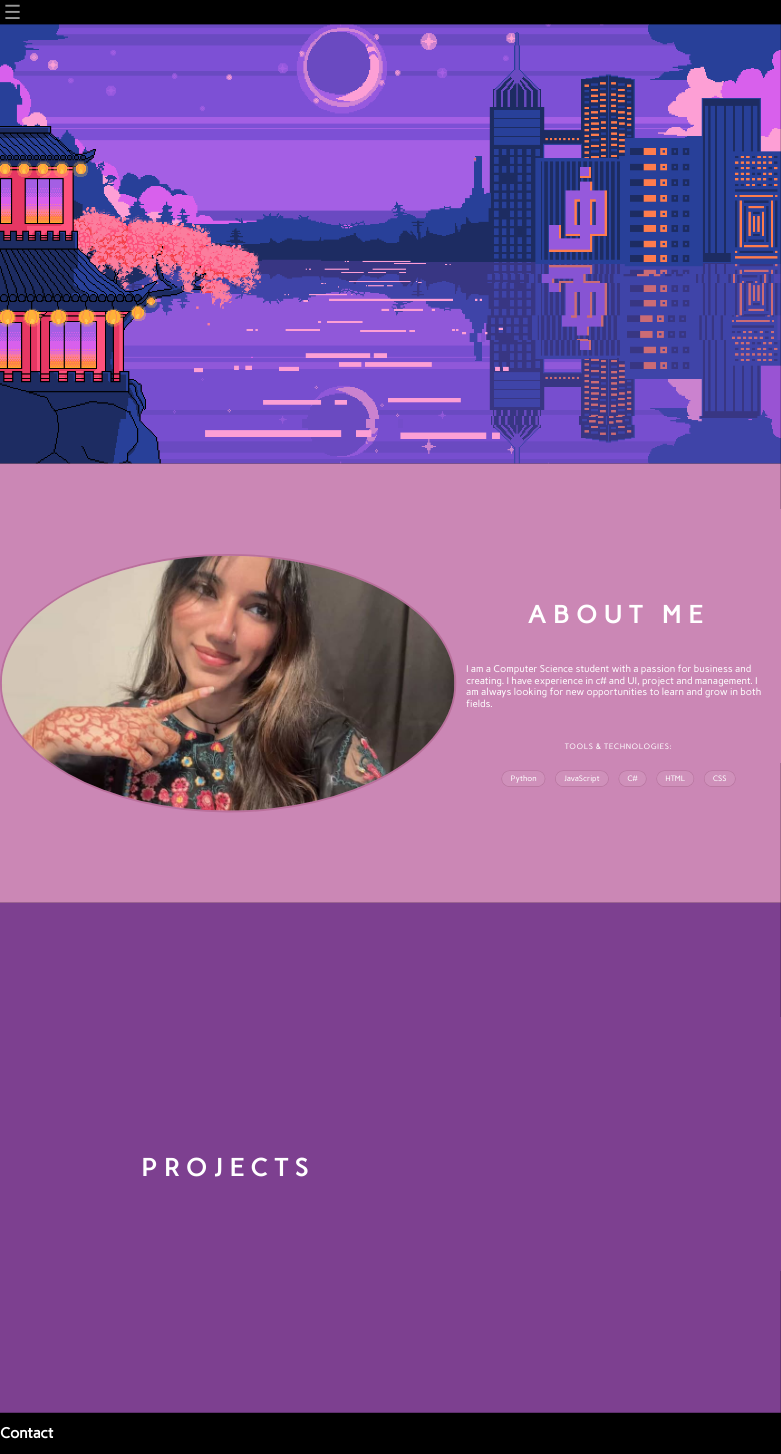
Repository: Rameen-A/Rameen-A
Page: index.html
The author's editor kept a copy of each file at every save. The page is drawn from the files as they stood at one save, then again after the next save.
The browser window is 1280 px wide. The pictures show the whole page, at 61% of full size.

Above is the page before, as saved 2026-05-05 14:34:44.

### index.html
<!DOCTYPE html>
<html lang="en">
  <head>
    <meta charset="UTF-8" />
    <meta name="viewport" content="width=device-width, initial-scale=1.0" />
    <title>My Portfolio Project</title>
    <link rel="stylesheet" href="styles/globals.css" />
    <link rel="stylesheet" href="styles/index.css" />
  </head>
  <body>
    <nav class="sidebar">
      <button class="menu-button">☰</button>
      <ul class="menu">
        <li><a href="#about">About me</a></li>
        <li><a href="#projects">View Projects</a></li>
        <li><a href="#contact">My Info </a></li>
      </ul>
    </nav>
    <!-- Hero Section -->
    <section class="hero">
      <article>
        <h1>Rameen Amir</h1>
        <h3>Computer Science student | Business Artist</h3>
        <a href="#projects">View Projects</a>
      </article>
    </section>
    <!-- About Me Section -->
    <section class="about" id="about">
      <img
        src="assets/images/686415663_1672869123865112_6993977710073232581_n.jpg"
        alt="Profile Picture"
      />
      <div class="about-content">
        <h2 class="aboutMe">About Me</h2>
        <p>
          I am a Computer Science student with a passion for business and
          creating. I have experience in c# and UI, project and management. I am
          always looking for new opportunities to learn and grow in both fields.
        </p>
        <p class="tools-labels">Tools & Technologies:</p>
        <ul class="tools-list">
          <li>Python</li>
          <li>JavaScript</li>
          <li>C#</li>
          <li>HTML</li>
          <li>CSS</li>
        </ul>
      </div>
    </section>
    <!-- Projects Section -->
    <section class="projects" id="projects">
      <h2>Projects</h2>
      <div class="cards">
        <article class="card">
          <h3>Pac-man game</h3>
          <p>
            A console PacMan style game built in C# for Programming 1. Features
            a live timer, score tracking, high score system, and a main menu
            rendered entirely in the terminal.
          </p>
          <p class="tech">C# · .NET · Console</p>
          <a href="" target="_blank">View Code</a>
        </article>
        <article class="card">
          <h3>Trash Sorting AI</h3>
          <p>
            A machine learning model trained on Teachable Machine to classify
            garbage into 4 categories: glass, plastic, paper, and metal.
            Integrated with a p5.js web app that sends predictions to a
            Raspberry Pi Pico via serial, lighting up different LEDs based on
            the result.
          </p>
          <p class="tech">
            Teachable Machine · p5.js · Arduino · Raspberry Pi Pico
          </p>
          <a href="" target="_blank">View Project</a>
        </article>
      </div>
    </section>
    <!-- Contact Section -->
    <section class="contact">
      <h2 id="contact">Contact</h2>
    </section>
  </body>
  <script>
    const button = document.querySelector(".menu-button");
    const menu = document.querySelector(".menu");
    const links = document.querySelectorAll(".menu a");

    button.addEventListener("click", () => {
      menu.classList.toggle("show");
    });

    links.forEach((link) => {
      link.addEventListener("click", () => {
        menu.classList.remove("show");
      });
    });
  </script>
</html>

### styles/globals.css
/* FONT DEFS */
@font-face {
    font-family: "main font";
    src: url(../assets/fonts/Carme/Carme-Regular.ttf);
  }

  /* CROSS PAGE STYLES */
  body {
    color: white;
    font-family: "main font", Verdana, sans-serif;
    margin:auto;
  }

  h1 {
    font-weight: bold;
    text-transform: uppercase;
    font-size: 1.5rem;
  }

  a {
    text-decoration: none;
    color: white;
    font-size: 0.75rem;
  }
  ul {
    list-style: none;
    padding: 0;
    margin: 0;
  }
a:hover{
    text-decoration: underline;

}

### styles/index.css
body {
  margin: 0;
  top: 0;
  background-color: black;
}

.hero {
  display: flex;
  align-items: center;
  justify-content: center;
  text-align: center;
  height: 100vh;

  background-image: url(../assets/images/9a61269bd961543ec7b161a66536ad3a.gif);
  background-size: cover;
  background-position: center;
  background-repeat: no-repeat;
}

section a {
  border: 2px solid white;
  padding: 0.5rem; /* rem for padding/margin */
  border-radius: 20px; /* px fine for offsets */
}

article {
  opacity: 0;
  transition: opacity 0.5s ease-in;
}
/*menu bar */
.menu {
  position: fixed;
  top: 0;
  left: -250px;
  width: 200px;
  height: 100vh;
  background: rgba(0, 0, 0, 0.9);

  display: flex;
  flex-direction: column;
  padding-top: 5rem;
}

.menu.show {
  left: 0;
  transition: left 0.3s ease;
}
.menu-button {
  opacity: 0.6;
  font-size: 2rem;

  background: transparent;
  border: none;
  outline: none;

  color: white;
  cursor: pointer;
}

/*about me section */
.about {
  display: flex;
  align-items: center;
  justify-content: center;
  min-height: 100vh;
  text-align: center;

  background-color: rgb(203, 135, 181);
}
.about h2 {
  font-size: 1.75rem;
  margin-bottom: 1rem;
  letter-spacing: 0.3em;
  text-transform: uppercase;
}
.about-content {
  display: flex;
  flex-direction: column;
  align-items: center;
  gap: 1.5rem;
  margin: 0 1rem;
  max-width: 500px;
  text-align: left;
}
.about img {
  object-fit: cover; /*internet */
  border-radius: 50%;
  display: inline-block;
  vertical-align: middle;
  border: 3px solid rgba(118, 20, 57, 0.2);
  width: auto;
  height: auto;
  overflow: hidden;
}
.about-list li {
  font-size: 0.95rem;
  line-height: 1.5;
}

.tools-labels {
  font-size: 0.8rem;
  text-transform: uppercase;
  letter-spacing: 0.08em;
  text-align: left;
  margin-bottom: 0.5rem;
}
.tools-list {
  display: flex;
  flex-wrap: wrap; /* allows items to wrap / internet*/
  gap: 1rem;
  text-align: left;
}
.tools-list li {
  background-color: rgba(255, 252, 252, 0.08);
  border: 1px solid rgba(82, 4, 35, 0.2);
  border-radius: 20px;
  padding: 0.3rem 0.85rem;
  font-size: 0.8rem;
}
/*PROJECTS*/
.projects {
  display: flex;
  justify-content: center;
  min-height: 100vh;
  background-color: rgb(125, 64, 144);
  align-items: center;
  padding-top: 4rem;
  padding-bottom: 3rem;
}
.projects h2 {
  font-size: 1.75rem;
  margin-bottom: 1rem;
  letter-spacing: 0.3em;
  text-transform: uppercase;

}

.cards {
  display: flex;
  flex-direction: column;
  gap: 1.5rem;
  align-items: center;
  margin: 0 1rem;
  max-width: 500px;
  text-align: left;

}
.card {
  background-color: #e18de1;
  border: 1px solid rgba(230, 216, 225, 0.1);
  border-radius: 10px;
  padding: 1.5rem;
  text-align: left;
  display: flex;
  flex-direction: column;
  align-items: center;
  gap: 1.5rem;
  margin: 0 1rem;
  max-width: 500px;

}

.card:hover {
  border-color: rgba(180, 26, 26, 0.4);
}

.card h3 {
  font-size: 1.1rem;
  margin-bottom: 0.5rem;
}

.card p {
  font-size: 0.9rem;
  line-height: 1.6;
  opacity: 0.8;
  margin: 0 0 0.5rem 0;
}

.card .tech {
  font-size: 0.75rem;
  opacity: 0.5;
  margin: 0.75rem 0;
}

.card a {
  display: inline-block;
  border: 1px solid rgb(244, 239, 242);
  padding: 0.4rem 1rem;
  border-radius: 20px;
  font-size: 0.8rem;
  margin-top: 0.5rem;
}

.card a:hover {
  background-color: rgb(247, 235, 235);
  color: #0a1628;
  text-decoration: none;
}

section:hover article {
  opacity: 1;
}

/* nav mods */
nav {
  position: sticky;
  top: 0;
}

nav ul {
  display: flex;
  justify-content: flex-end;
  margin: 0;
}

nav ul li {
  list-style: none;
  margin: 1rem;
}

/*mobile-first */

nav ul {
  justify-content: center;
}
@media (min-width: 768px) {
  .about h2,
  .projects h2 {
    font-size: 2.5rem;
  }
}

/*Tablet and desktop support*/
@media (min-width: 768px) {
  nav ul {
    justify-content: flex-end;
  }
}

After the next save:
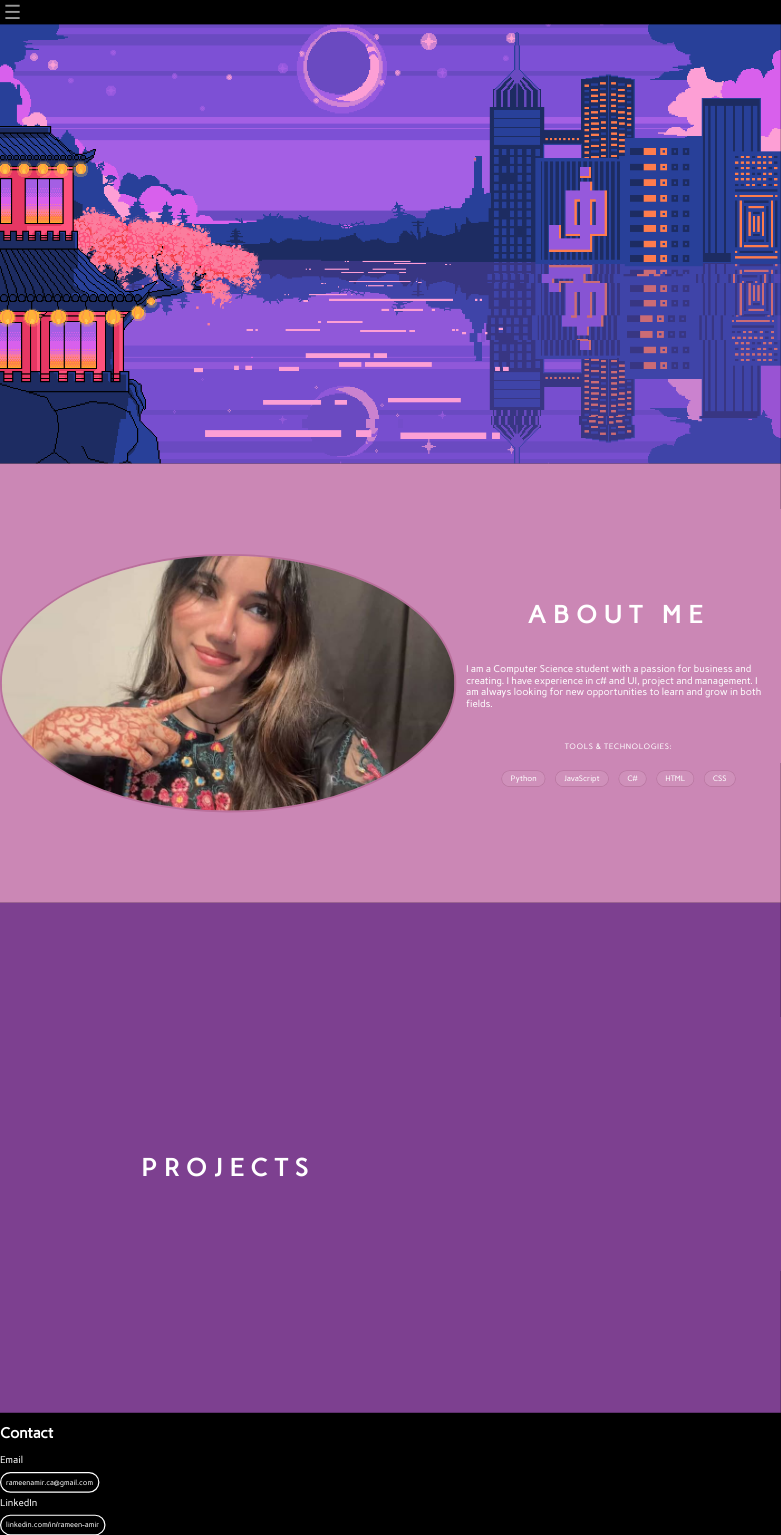
Saved 3 min 32 s later.
--- a/index.html
+++ b/index.html
@@ -80,6 +80,17 @@
     <!-- Contact Section -->
     <section class="contact">
       <h2 id="contact">Contact</h2>
+      <div class="contact-cards">
+        <div class="contact-card">
+            <p class="contact-label">Email</p>
+            <a href="mailto:rameenamir.ca@gmail.com">rameenamir.ca@gmail.com</a>
+      </div>
+
+      <div class="contact-card">
+        <p class="contact-label">LinkedIn</p>
+        <a href="https://www.linkedin.com/in/rameen-amir/" target="_blank">linkedin.com/in/rameen-amir</a>
+        </div>
+
     </section>
   </body>
   <script>
